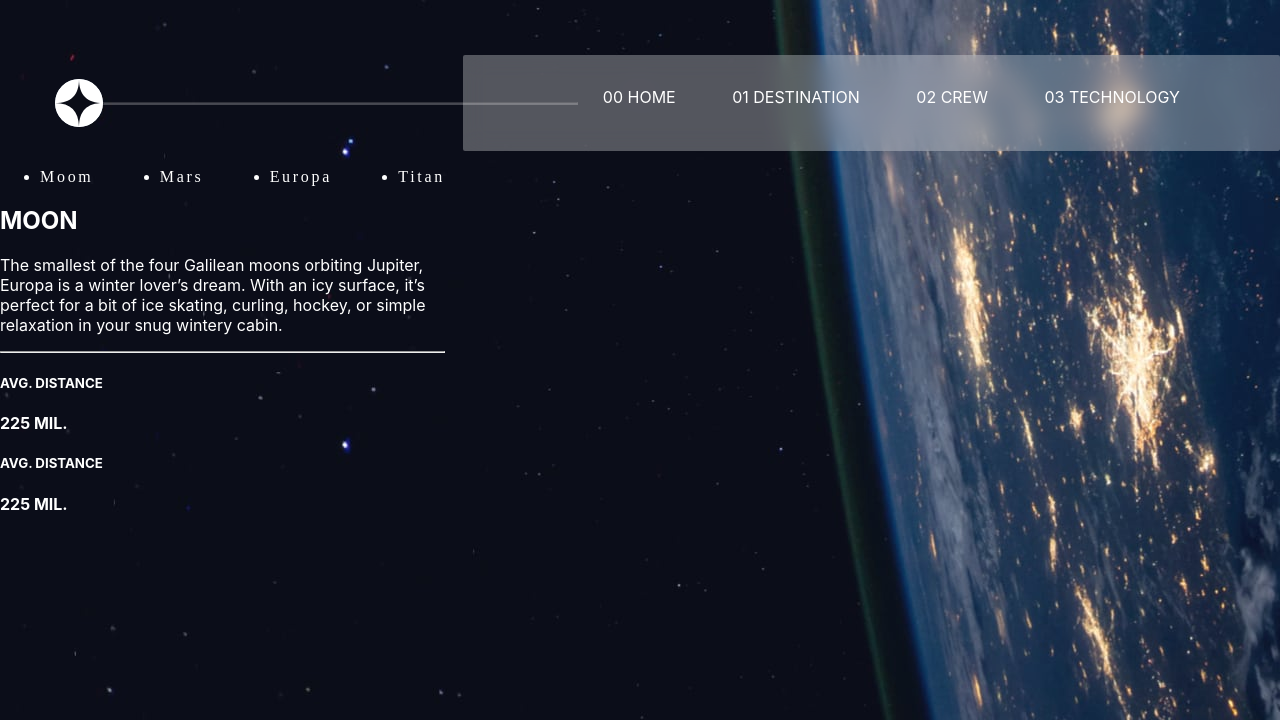
Repository: jhonenmanuel1/FrontEndMentor-MultiPageSpace
Page: /
The author's editor kept a copy of each file at every save. The page is drawn from the files as they stood at one save, then again after the next save.
The browser window is 1280 px wide. The pictures show the whole page.
The project was rebuilt for these pictures with package versions that can differ from the ones it lists, and the page was loaded fresh each time. Also part of the build but not shown: src/views/home.js.

Above is the page before, as saved 2022-06-23 22:52:32.

After the next save:
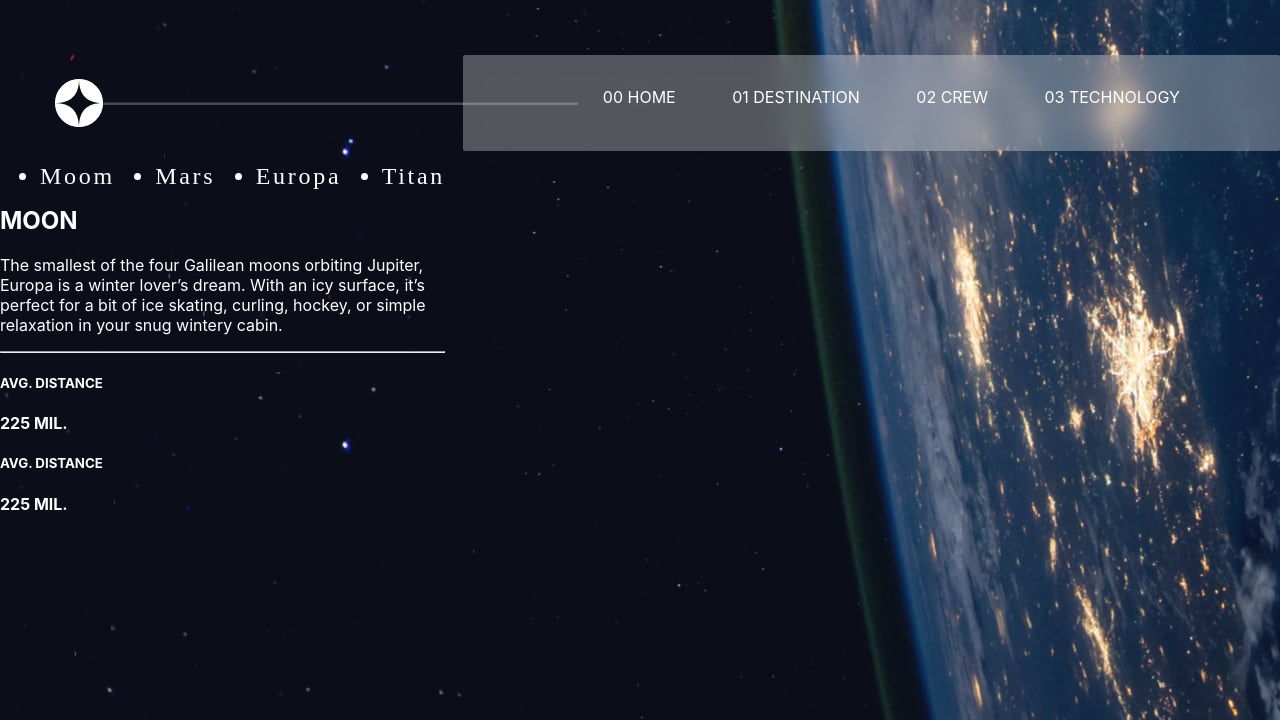
Saved 59 s later.
--- a/src/styles/planetcardinfo.module.css
+++ b/src/styles/planetcardinfo.module.css
@@ -15,7 +15,7 @@
   font-family: "Barlow Condensed";
   font-style: normal;
   font-weight: 400;
-  font-size: 16px;
+  font-size: 24px;
   line-height: 19px;
   letter-spacing: 2.7px;
 }
